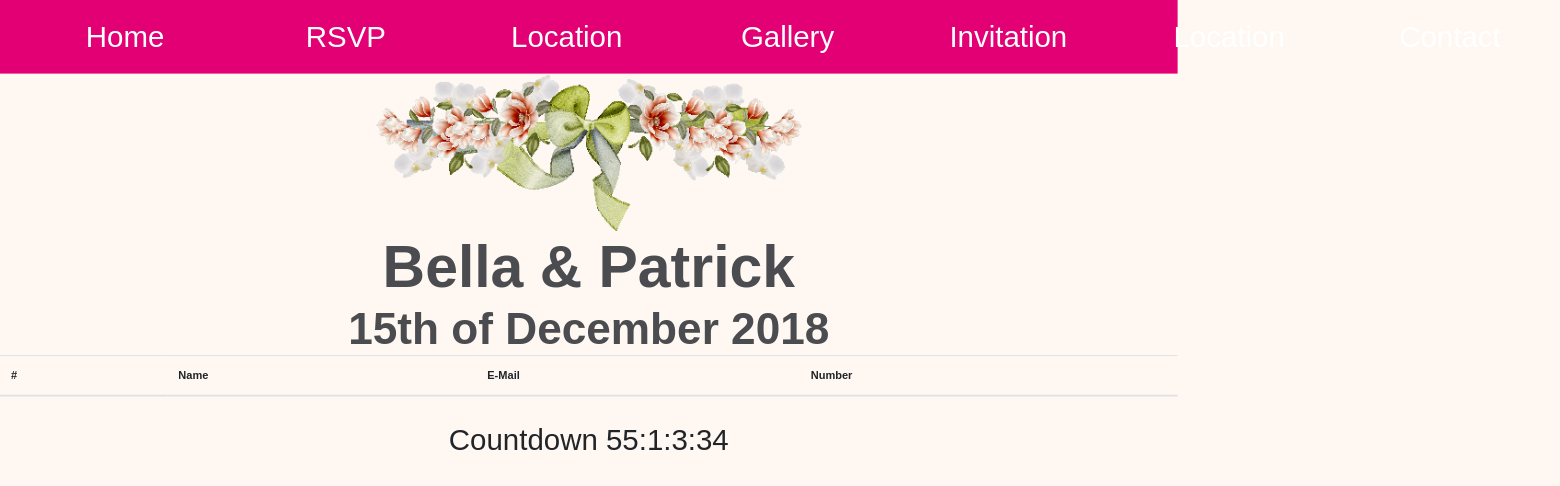
Repository: PMeiler/weddingApp
Page: http://localhost/pasjimasjiadmin
The author's editor kept a record of every edit. The page is drawn from the files as they stood at one moment, then again after the next edit.
The browser window is 1280 px wide. The page is 1696 px wide, so the pictures cover 1696 px, including what lies to the right of the window. The pictures show the whole page, at 92% of full size.
Some web fonts or font styles are not loaded; a fallback is used. The page is served by the project's Node server (index.js). Queries for data that is not in the repository find no rows.

Above is the page before.

After the next edit:
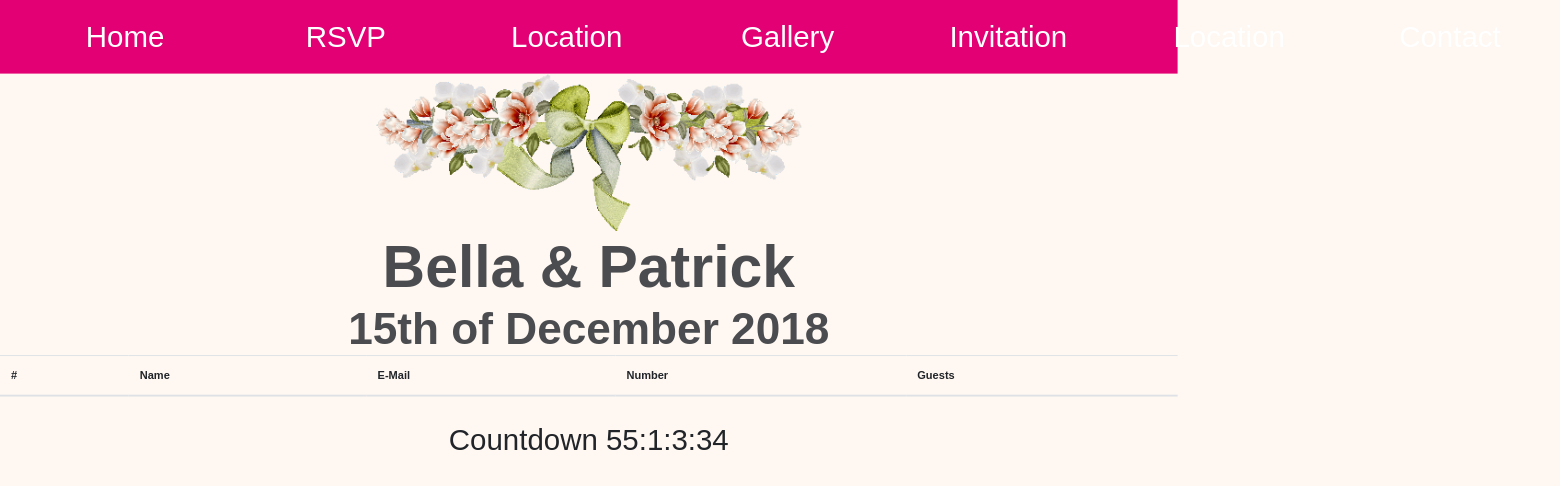
The edit:
--- a/views/public/admin.ejs
+++ b/views/public/admin.ejs
@@ -11,6 +11,7 @@
       <th scope="col">Name</th>
       <th scope="col">E-Mail</th>
       <th scope="col">Number</th>
+      <th scope="col">Guests</th>
     </tr>
   </thead>
   <tbody>
